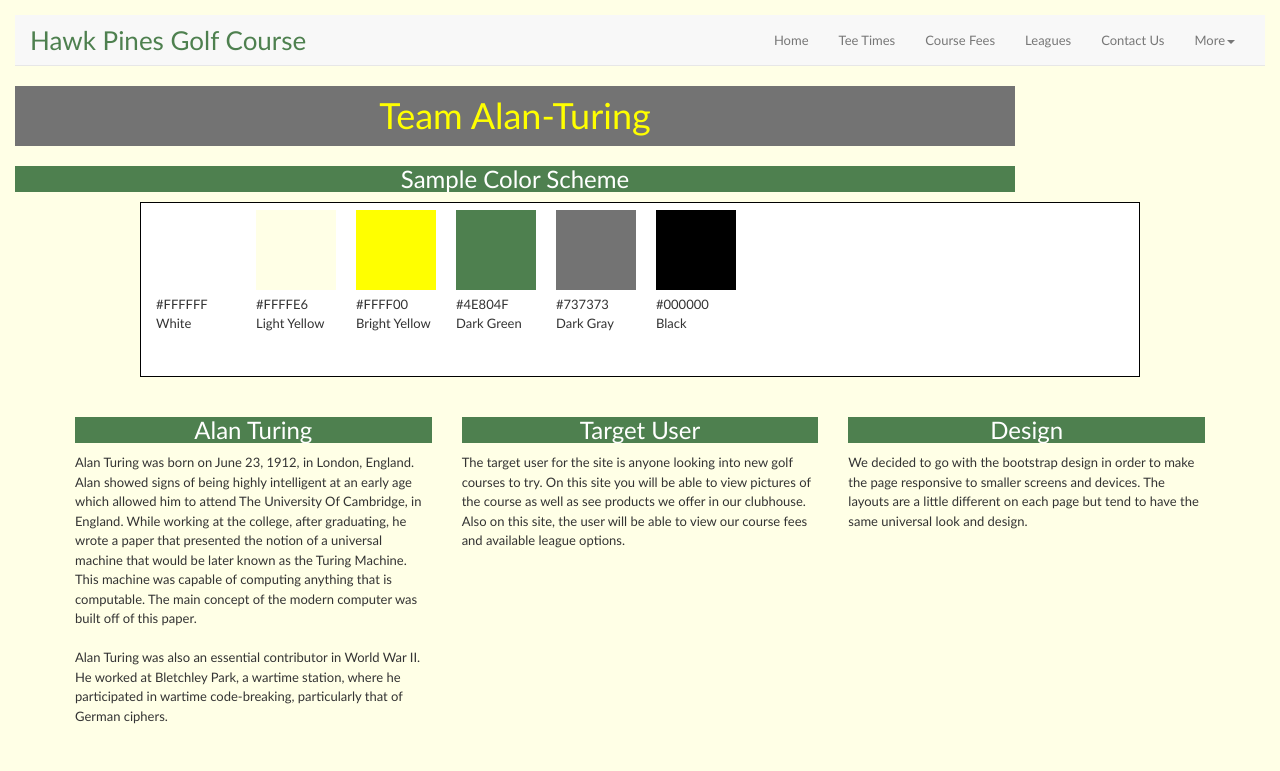
Repository: alia20/Golfcourse
Page: readMe.html
The author's editor kept a record of every edit. The page is drawn from the files as they stood at one moment, then again after the next edit.
The browser window is 1280 px wide. The pictures show the whole page.

Above is the page before.

After the next edit:
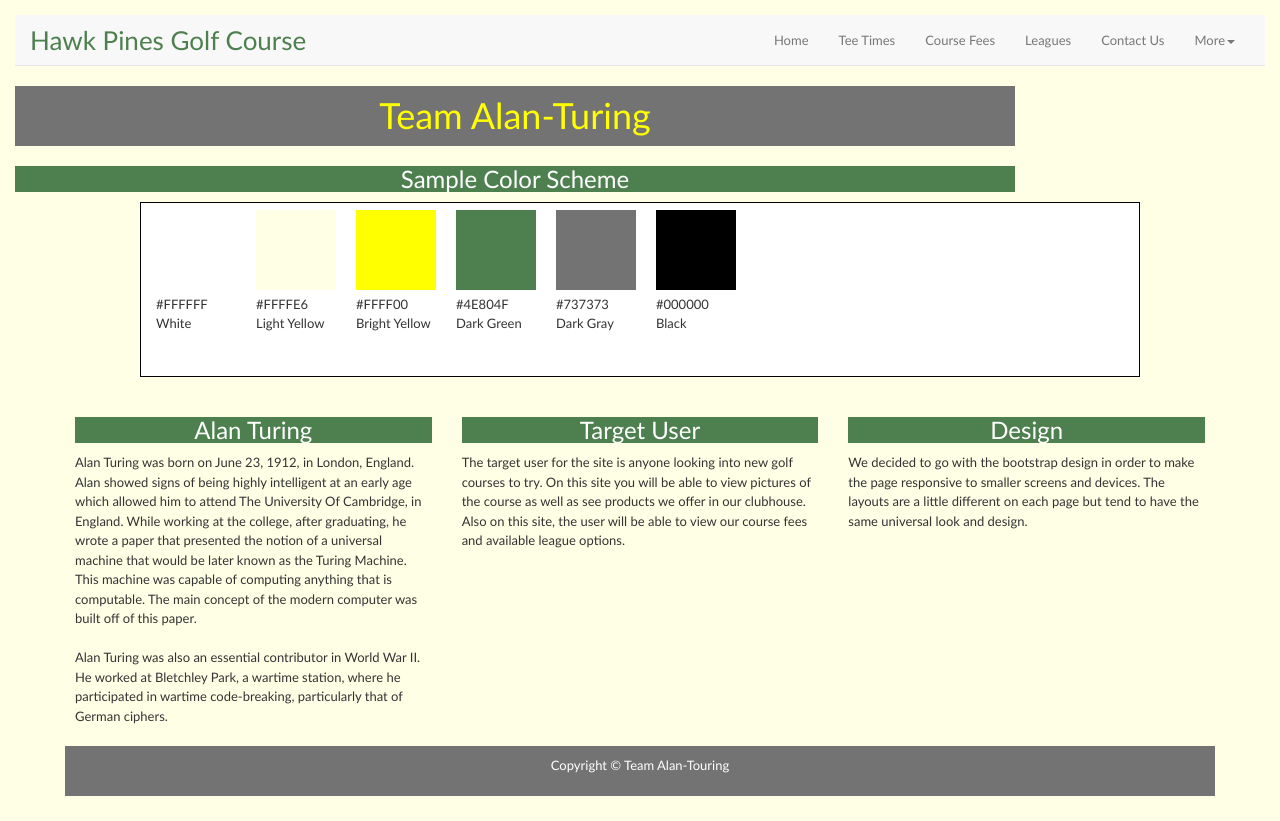
The edit:
--- a/readMe.html
+++ b/readMe.html
@@ -145,6 +145,13 @@
              </p>
           </div>
        </div>
+    <footer>
+        <div class="row">
+            <div class="col-lg-12 text-center">
+                <p>Copyright &copy; Team Alan-Touring</p>
+            </div>
+        </div>
+    </footer>
 </div>
 
 
